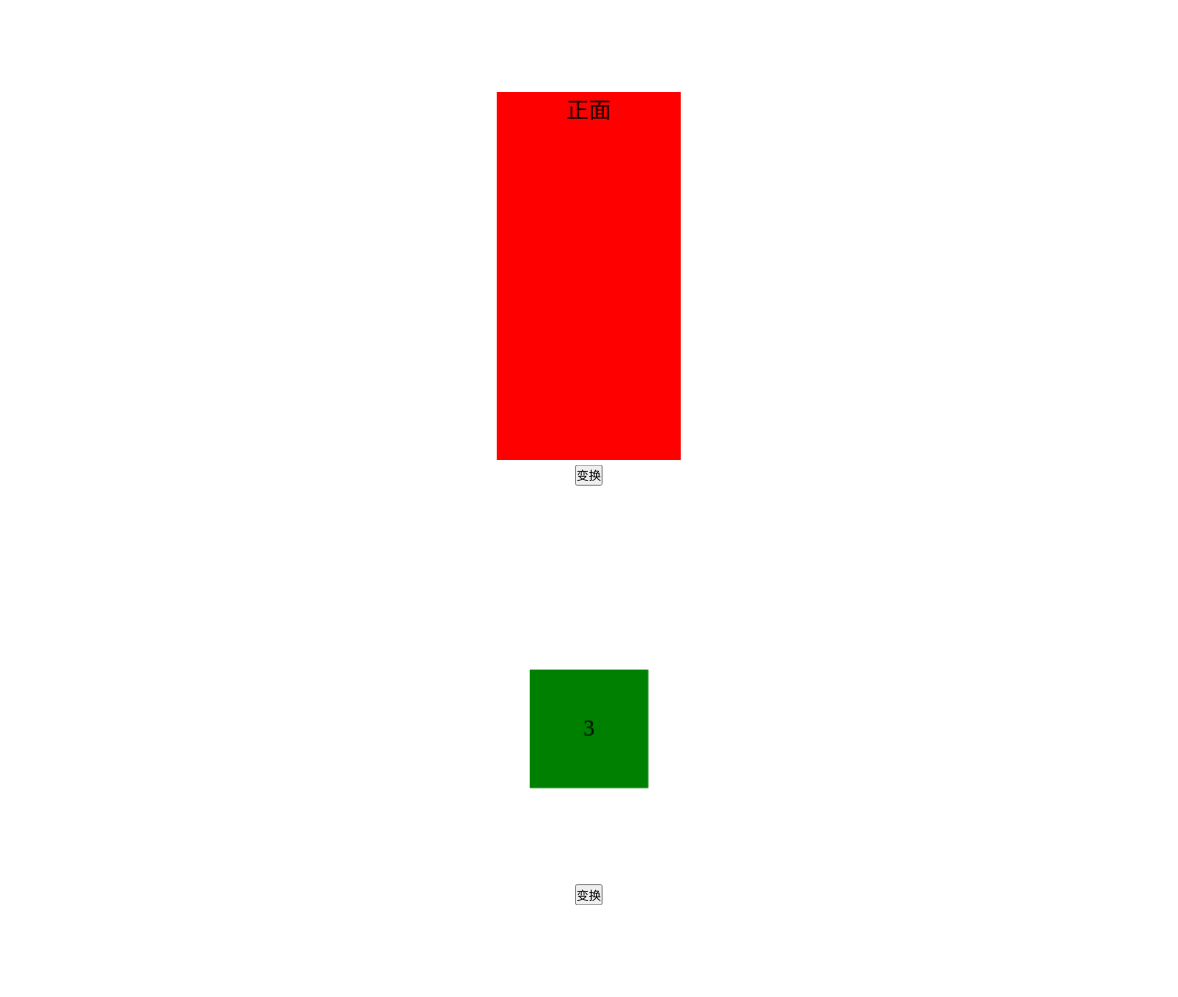
Repository: fengjinlovewei/beautiful
Page: /
The author's editor kept a copy of each file at every save. The page is drawn from the files as they stood at one save, then again after the next save.
The browser window is 1280 px wide. The pictures show the whole page, at 92% of full size.
The project was rebuilt for these pictures with package versions that can differ from the ones it lists, and the page was loaded fresh each time.

Above is the page before, as saved 2021-02-21 11:26:51.

### src/index.css
* {
  margin: 0;
  padding: 0;
}
html {
  font-size: 20px;
}
.d1 {
  width: 200px;
  height: 400px;
  background-color: red;
}
.d2 {
  width: 200px;
  height: 400px;
  background-color: blue;
}

### src/App.tsx
import React, { useState } from 'react';
import Reverse from './components/reverse';
import Cube from './components/cube';
import './App.css';

function App() {
  const [move, setMove] = useState<boolean>(false);
  const [index, setIndex] = useState<number>(3);
  const btnReverse = () => {
    setMove((val) => !val);
  };
  const btnCube = () => {
    setIndex((val) => ++val);
  };
  const cubeMaps = Array(6)
    .fill(null)
    .map((item, i) => <div className={`cube cube-${i}`}>{i}</div>);
  const cubeSizeMaps = [10, 10, 10];
  return (
    <div className="App">
      <div className="App-header">
        {/* 翻牌子 */}
        <div className="type-item">
          <div>
            <Reverse
              front={<div className="d1">正面</div>}
              back={<div className="d2">背面</div>}
              move={move}
              speed={0.5}
            />
          </div>
          <div>
            <button onClick={btnReverse}>变换</button>
          </div>
        </div>
        {/* 立方体 */}
        <div className="type-item">
          <div>
            <Cube planeNode={cubeMaps} planeSize={cubeSizeMaps} index={index} unit="vw" />
          </div>
          <div style={{ marginTop: '100px' }}>
            <button onClick={btnCube}>变换</button>
          </div>
        </div>
      </div>
    </div>
  );
}

export default App;

### src/components/reverse/index.tsx
import React from 'react';
import Style from './index.module.scss';
/**
 * 建议正背面的元素宽高一致，如果不一致，将左右剧中，上下居下。
 */
interface ReverseProps {
  front: React.ReactElement;
  back: React.ReactElement;
  move: boolean;
  speed?: number;
}

const Reverse: React.FC<ReverseProps> = (props) => {
  const { front, back, move = false, speed = 1 } = props;
  return (
    <div className={`${Style['reverse-container']}`}>
      <div className={`${Style['reverse-container-info']} ${move ? Style['move'] : ''}`}>
        <div
          className={`${Style['reverse-item']} ${Style['front']}`}
          style={{ transitionDuration: speed + 's' }}
        >
          {front}
        </div>
        <div
          className={`${Style['reverse-item']} ${Style['back']}`}
          style={{ transitionDuration: speed + 's' }}
        >
          {back}
        </div>
      </div>
    </div>
  );
};

export default Reverse;

### src/components/cube/index.tsx
import React, { useRef, useEffect } from 'react';
import Style from './index.module.scss';
/**
 * 假设这个立方体在你的正前方，它一共有6个面
 * 正面的平面（对着你的面）的 index 为 0，
 * 右侧面的平面 index 为 1，
 * 后面的平面（也即是和正面平面相对的那个面） index 为 2
 * 左侧面的平面（也即是和右侧面相对的那个面） index 为 3
 * 下面的平面 index 为 4
 * 上面的平面（也就是下面相对的那个面） index 为 5
 */

/**
 * 根据立方体的特性可得
 * 0（前面）和 2（后面） 的宽高必须一致
 * 1（右面）和 3（左面） 的宽高必须一致
 * 4（下面）和 5（上面） 的宽高必须一致
 * 实际上，只要确定了正面（后者后面） 和 右侧（或者左侧）的宽高，就能确定整个立方体的尺寸
 * 再进一步可发现，其实只要确定三条边就能确定一个立方体，那就是 正面的宽(x) 正面的高(y) 右侧面的宽(z)
 * 所以 planeSize 的参数，只需要传入3个值[x, y, z]就能确定
 */
interface CubeProps {
  planeSize: number[];
  planeNode: React.ReactElement[];
  index: number;
  speed?: number;
  unit?: 'px' | 'rem' | 'vw' | 'vh';
}

interface dataStorageProps {
  lastIndex: number | null;
  lastMap: number[] | null;
}

interface logicProps {
  [x: string]: number[];
}

// x 轴 顺时针为正数，逆时针为负数
// y 轴 顺时针为负数，逆时针为正数
const originMaps: number[][] = [
  [0, 0],
  [0, -90],
  [0, -180],
  [0, 90],
  [90, 0],
  [-90, 0],
];
// x 轴 顺时针为正数，逆时针为负数
// y 轴 顺时针为负数，逆时针为正数
const logicMaps: logicProps = {
  '01': [0, -1],
  '02': [0, 2],
  '03': [0, 1],
  '04': [1, 0],
  '05': [-1, 0],

  '10': [0, 1],
  '12': [0, -1],
  '13': [0, 2],
  '14': [1, 0],
  '15': [-1, 0],

  '20': [0, 2],
  '21': [0, -1],
  '23': [0, 1],
  '24': [1, 0],
  '25': [-1, 0],

  '30': [0, -1],
  '31': [0, 2],
  '32': [0, 1],
  '34': [1, 0],
  '35': [-1, 0],

  '40': [0, 1],
  '41': [1, 0],
  '42': [0, -1],
  '43': [-1, 0],
  '45': [2, 0],

  '50': [1, 0],
  '51': [0, -1],
  '52': [-1, 0],
  '53': [0, 1],
  '54': [2, 0],
};
const transformValue = (arr: number[]) => {
  const [x = 0, y = 0] = arr;
  return `rotateX(${x}deg) rotateY(${y}deg)`;
};
const Cube: React.FC<CubeProps> = (props) => {
  const { speed = 1, index = 0, planeNode, planeSize, unit = 'px' } = props;
  const [sizeX, sizeY, sizeZ] = planeSize;
  const {current} = useRef<dataStorageProps>({ lastIndex: null, lastMap: null });
  // 缩放系数
  // 由于使用了 perspective ，使得子元素 translateZ 值 将影响此元素的缩放比例
  // 当 translateZ 的值为正值，代表此元素离你更近了，所以就变大了
  // 当 translateZ 的值为负值，代表此元素离你更远了，所以就变小了
  // getCoefficient 的作用就是把缩放的元素，还原至原始大小
  console.log(2222)
  const getCoefficient = (): number => {
    const size = {
      px() {
        return sizeZ;
      }, //0.902
      rem() {
        const HTML = document.getElementsByTagName('html')[0];
        const fontSize = window.getComputedStyle(HTML, null).getPropertyValue('font-size');
        return parseFloat(fontSize) * sizeZ;
      },
      vw() {
        return (window.innerWidth / 100) * sizeZ;
      },
      vh() {
        return (window.innerHeight / 100) * sizeZ;
      },
    }[unit]();
    return 1200 / (1200 + size / 2);
  };
  const List = [
    {
      style: {
        width: sizeX + unit,
        height: sizeY + unit,
        transform: `translateZ(${sizeZ / 2}${unit}) rotateX(0deg)`,
      },
    },
    {
      style: {
        width: sizeZ + unit,
        height: sizeY + unit,
        transform: `translate3d(${sizeX - sizeZ / 2}${unit}, 0, 0) rotateY(90deg) `,
      },
    },
    {
      style: {
        width: sizeX + unit,
        height: sizeY + unit,
        transform: `translateZ(${-sizeZ / 2}${unit}) rotateX(180deg)`,
      },
    },
    {
      style: {
        width: sizeZ + unit,
        height: sizeY + unit,
        transform: `translate3d(${-(sizeX - sizeZ / 2)}${unit}, 0, 0) rotateY(-90deg) `,
      },
    },
    {
      style: {
        width: sizeX + unit,
        height: sizeZ + unit,
        transform: `translate3d(0, ${sizeY - sizeZ / 2}${unit}, 0) rotateX(-90deg)`,
      },
    },
    {
      style: {
        width: sizeX + unit,
        height: sizeZ + unit,
        transform: `translate3d(0, ${-(sizeY - sizeZ / 2)}${unit}, 0) rotateX(90deg)`,
      },
    },
  ];
  const getTransform = (): string => {
    console.log('进入函数');
    const i = index % 6;
    const { lastIndex, lastMap } = current;

    // 如果是初始化， 直接返回上一个
    if (lastIndex === null) {
      // 记录上一个索引为当前
      current.lastIndex = i;
      // 记录上一个坐标信息为当前
      current.lastMap = originMaps[i];
      return transformValue(current.lastMap);
    }
    // 记录上一个索引为当前
    current.lastIndex = i;
    console.log( lastIndex, current.lastIndex);
    //if (i === lastIndex) return transform(lastMap || []);
    console.log(`${lastIndex}${i}`);
    const currentLogic: number[] = logicMaps[`${lastIndex}${i}`].map((item, s) => {
      const value = (lastMap || [0, 0])[s];
      console.log(value, item)
      return Math.random() * 100
     // return value + item * 90;
    });
    console.log(currentLogic);
    return transformValue(currentLogic);
  };
  const ddd = getTransform();
  console.log(ddd);
  return (
    <div
      className={`${Style['cube-container']}`}
      style={{ transform: `scale(${getCoefficient()})` }}
    >
      <div data-dd={ddd}></div>
      <div
        className={`${Style['cube-info']}`}
        style={{
          transform: ddd,
          transitionDuration: speed + 's',
          width: sizeX + unit,
          height: sizeY + unit,
        }}
      >
        {List.map((item, i) => {
          return (
            <div
              className={`${Style['cube-item']} ${Style['cube-item-' + i]}`}
              style={item.style}
              key={i}
            >
              <div className={`${Style['item-info']}`}>{planeNode[i] ? planeNode[i] : ''}</div>
            </div>
          );
        })}
      </div>
    </div>
  );
};

export default Cube;

### src/App.css
.App-header {
  min-height: 100vh;
  display: flex;
  flex-direction: column;
  align-items: center;
  justify-content: center;
  font-size: calc(10px + 2vmin);
  text-align: center;
}
.type-item {
  margin: 100px 0;
}
.cube {
  width: 100%;
  height: 100%;
  display: flex;
  justify-content: center;
  align-items: center;
}
.cube-0 {
  background-color: red;
}
.cube-1 {
  background-color: blue;
}
.cube-2 {
  background-color: yellow;
}
.cube-3 {
  background-color: green;
}
.cube-4 {
  background-color: pink;
}
.cube-5 {
  background-color: purple;
}

### src/components/reverse/index.module.scss
.reverse-container {
  display: flex;
  justify-content: center;
  align-items: center;
  .reverse-container-info {
    position: relative;
    display: flex;
    justify-content: center;
    align-items: center;
    perspective: 800px;
    .reverse-item {
      transition-duration: 1s;
      backface-visibility: hidden;
    }
    .front {
      visibility: visible;
      position: relative;
      transform: rotateY(0deg);
      z-index: 20;
    }
    .back {
      visibility: hidden;
      position: absolute;
      left: 0;
      right: 0;
      bottom: 0;
      margin: auto;
      transform: rotateY(180deg);
      z-index: 1;
    }
    &.move {
      .front {
        visibility: hidden;
        z-index: 20;
        transform: rotateY(-180deg);
      }
      .back {
        visibility: visible;
        z-index: 1;
        transform: rotateY(0deg);
      }
    }
  }
}

### src/components/cube/index.module.scss
.cube-container {
  width: 100%;
  height: 100%;
  perspective: 1200px;
  .cube-info {
    position: relative;
    transform-style: preserve-3d;
    transition-property: transform;
    .cube-item {
      display: flex;
      flex-direction: column;
      justify-content: center;
      position: absolute;
      backface-visibility: hidden;
      background-color: #fff;
    }
    .cube-item-0 {
      top: 0;
      left: 0;
    }
    .cube-item-1 {
      top: 0;
      left: 0;
    }
    .cube-item-2 {
      top: 0;
      left: 0;
    }
    .cube-item-3 {
      top: 0;
      right: 0;
    }
    .cube-item-4 {
      top: 0;
      left: 0;
    }
    .cube-item-5 {
      bottom: 0;
      left: 0;
    }
    .item-info {
      display: flex;
      flex-direction: column;
      align-items: center;
      width: 100%;
      height: 100%;
    }
  }
}

Loaded but not shown: public/index.html (common file); src/index.tsx (common file); src/reportWebVitals.ts (common file)

After the next save:
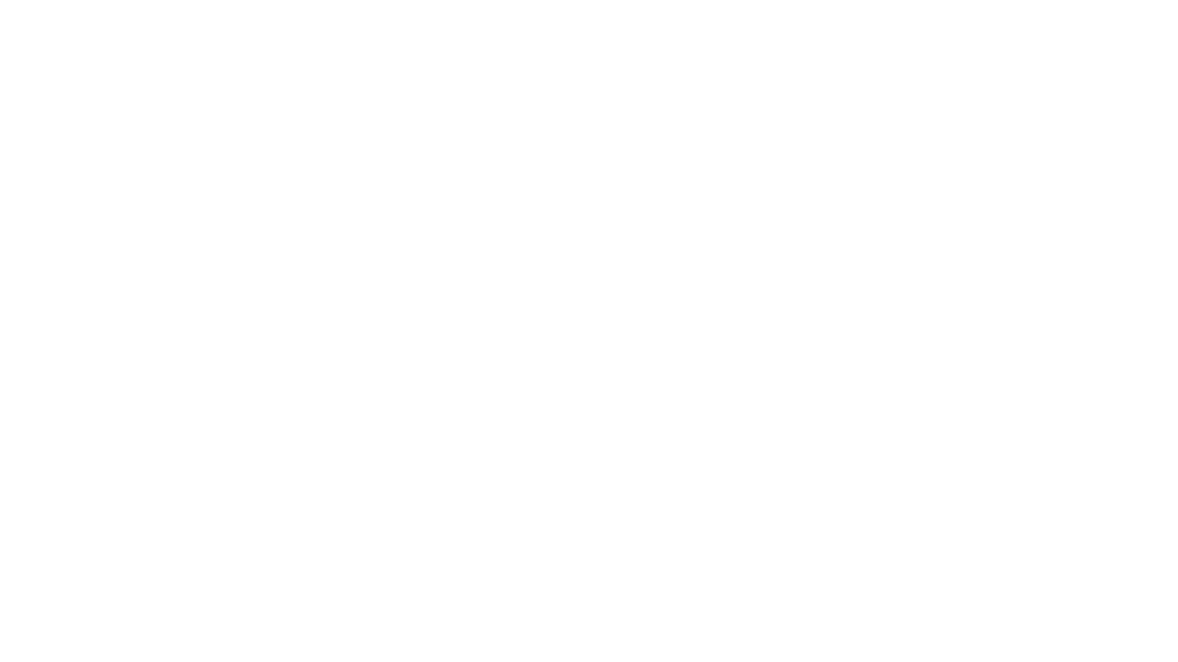
Console error: ReferenceError: ddd is not defined
Saved 71 s later.
--- a/src/components/cube/index.tsx
+++ b/src/components/cube/index.tsx
@@ -92,7 +92,7 @@
 const Cube: React.FC<CubeProps> = (props) => {
   const { speed = 1, index = 0, planeNode, planeSize, unit = 'px' } = props;
   const [sizeX, sizeY, sizeZ] = planeSize;
-  const {current} = useRef<dataStorageProps>({ lastIndex: null, lastMap: null });
+  const dataStorage = useRef<dataStorageProps>({ lastIndex: null, lastMap: null });
   // 缩放系数
   // 由于使用了 perspective ，使得子元素 translateZ 值 将影响此元素的缩放比例
   // 当 translateZ 的值为正值，代表此元素离你更近了，所以就变大了
@@ -165,6 +165,7 @@
   const getTransform = (): string => {
     console.log('进入函数');
     const i = index % 6;
+    const { current } = dataStorage;
     const { lastIndex, lastMap } = current;
 
     // 如果是初始化， 直接返回上一个
@@ -189,8 +190,6 @@
     console.log(currentLogic);
     return transformValue(currentLogic);
   };
-  const ddd = getTransform();
-  console.log(ddd);
   return (
     <div
       className={`${Style['cube-container']}`}
@@ -200,7 +199,7 @@
       <div
         className={`${Style['cube-info']}`}
         style={{
-          transform: ddd,
+          transform: getTransform(),
           transitionDuration: speed + 's',
           width: sizeX + unit,
           height: sizeY + unit,

After the save that followed:
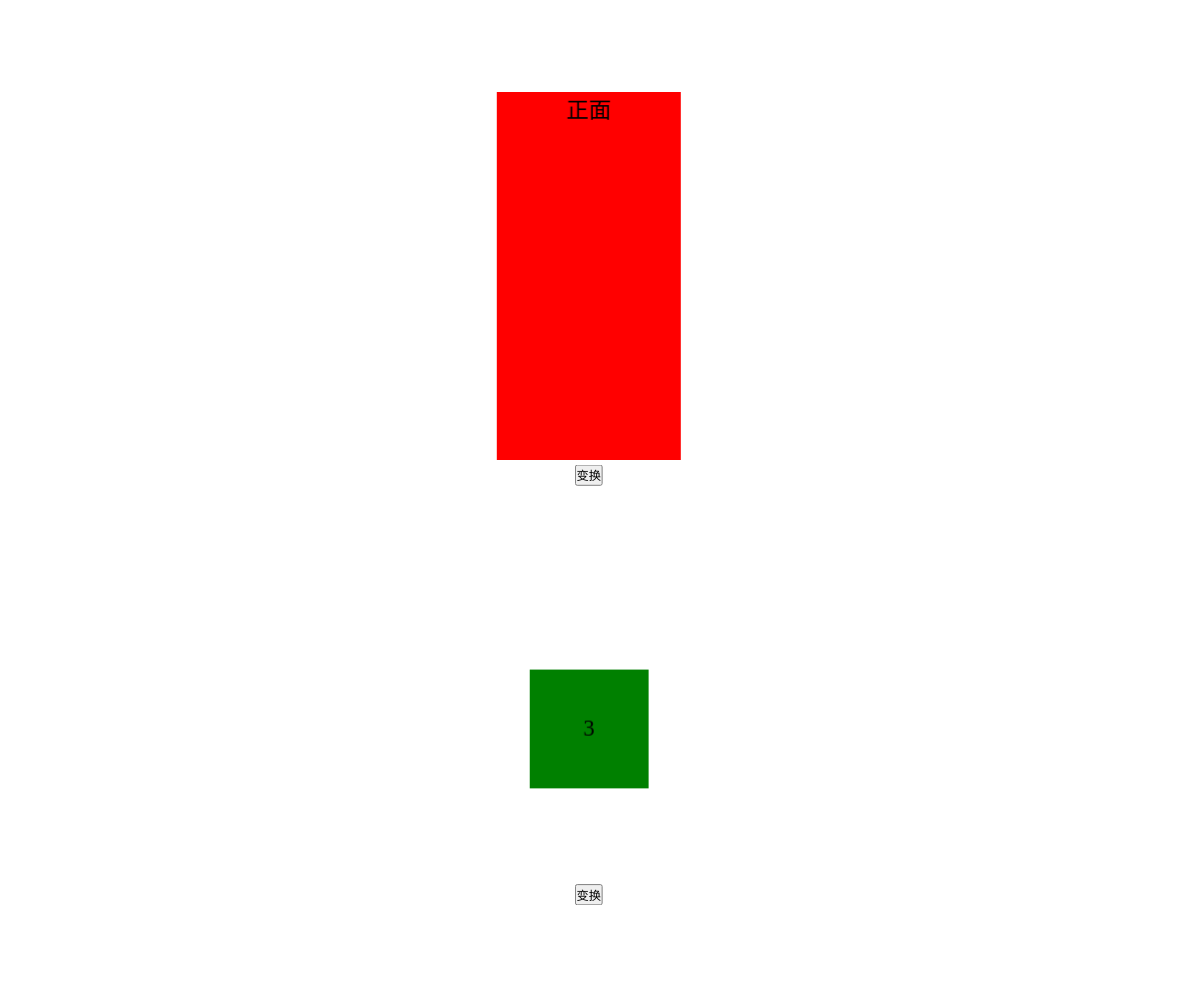
The error is gone.
Saved 12 s later.
--- a/src/components/cube/index.tsx
+++ b/src/components/cube/index.tsx
@@ -195,7 +195,6 @@
       className={`${Style['cube-container']}`}
       style={{ transform: `scale(${getCoefficient()})` }}
     >
-      <div data-dd={ddd}></div>
       <div
         className={`${Style['cube-info']}`}
         style={{
